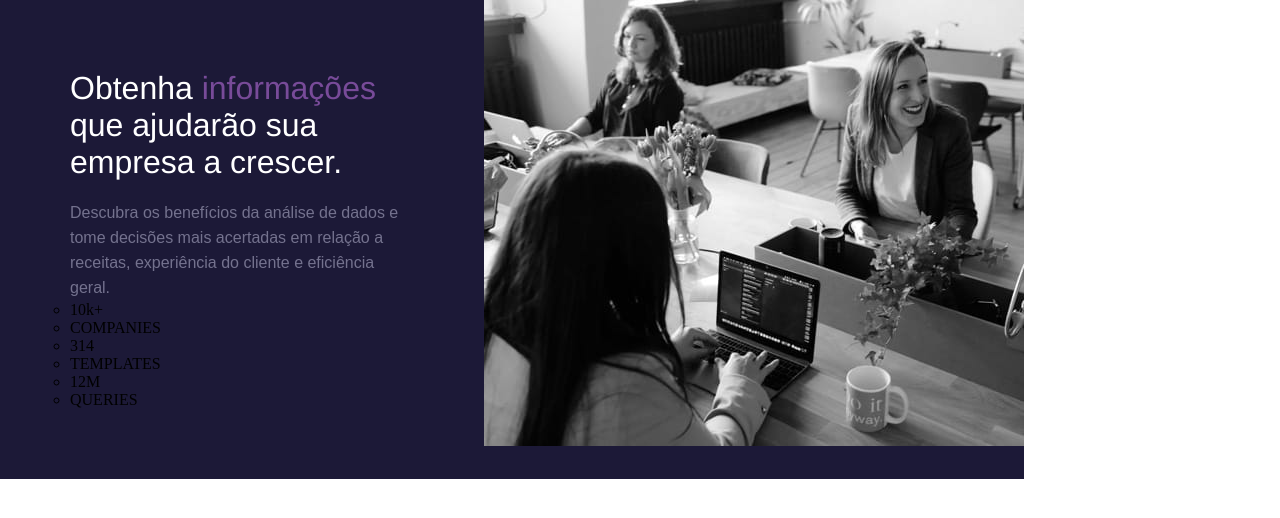
Repository: caique2512/componentes-de-estatisticas
Page: index.html
These files come from the project's save history. The page is drawn as it stood at one moment and after a run of saves; the edit follows.
The browser window is 1280 px wide. The pictures show the whole page.

Above is the page before, as saved 2026-03-03 17:21:21.

### index.html
<!DOCTYPE html>
<html lang="pt-br">
<head>
    <meta charset="UTF-8">
    <meta name="viewport" content="width=device-width, initial-scale=1.0">
    <title>Estatisticas</title>
    <link rel="stylesheet" href="src/reset.css">
    <link rel="stylesheet" href="src/estilos.css">
</head>
<body>
    <main class="conteudo">
        <div class="conteudo-principal">
            <h1 class="titulo">Obtenha <span>informações</span> que ajudarão sua empresa a crescer.</h1>
            <p class="subtitulo">Descubra os benefícios da análise de dados e tome decisões mais acertadas em relação a receitas, experiência do cliente e eficiência geral.</p>
            <ul class="estatisticas">
                <ul class="item1">
                    <li class="descricao">10k+</li>
                    <li>COMPANIES</li>
                </ul>
                <ul class="item2">
                    <li class="descricao">314</li>
                    <li>TEMPLATES</li>
                </ul>
                <ul class="item3">
                    <li class="descricao">12M</li>
                    <li>QUERIES</li>
                </ul>
            </ul>
        </div>
        <picture class="img">
            <img src="./images/image-header-desktop.jpg" alt="Mulheres no escritório">
        </picture>
    </main>
</body>
</html>

### src/estilos.css
.conteudo {
    background-color: #1C1937;
    display: flex;
    max-width: calc(100% - 20%);
}

.conteudo-principal {
    padding: 70px;
    width: 500px;
}

.conteudo-principal .titulo {
    color: white;
    font-weight: 100;
    font-family: 'Franklin Gothic Medium', 'Arial Narrow', Arial, sans-serif;
    margin-bottom: 20px;
}

.conteudo-principal .titulo span {
    color: #784B99;
}

.conteudo-principal .subtitulo {
    color: #74728e;
    font-family: Arial, Helvetica, sans-serif;
    line-height: 1.56rem;
}

.conteudo-principal .estatisticas

Loaded but not shown: src/reset.css (common file)

After the next 3 saves:
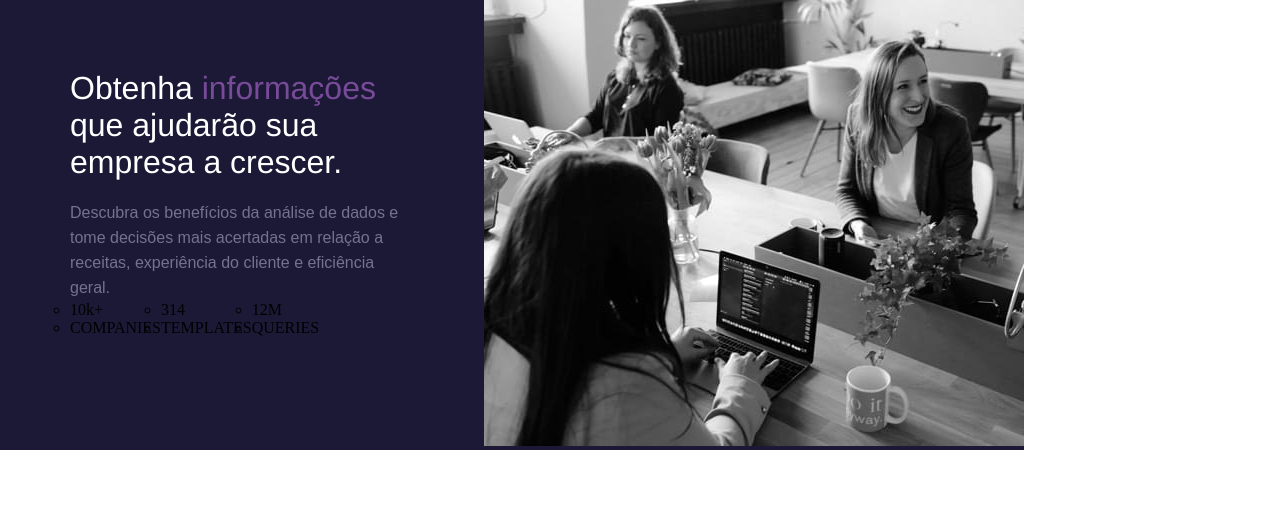
The 3 saves are shown as one change because they came seconds apart.
The last was saved 15 s later.
--- a/src/estilos.css
+++ b/src/estilos.css
@@ -26,4 +26,6 @@
     line-height: 1.56rem;
 }
 
-.conteudo-principal .estatisticas
+.conteudo-principal .estatisticas {
+    display: flex;
+}
